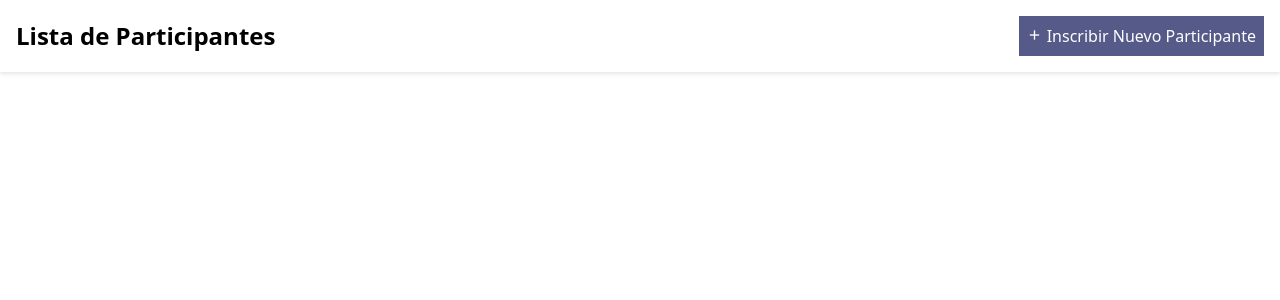
Repository: LukasMoyano/Entregable004-crudsymetodoshttp_01_backup001
Page: /
The author's editor kept a copy of each file at every save. The page is drawn from the files as they stood at one save, then again after the next save.
The browser window is 1280 px wide. The pictures show the whole page.
The page's requests for data from a server got no answer. The project was rebuilt for these pictures with package versions that can differ from the ones it lists, and the page was loaded fresh each time. No one was signed in, and anything a server would have sent is missing. Also part of the build but not shown: vite.config.js.

Above is the page before, as saved 2023-08-21 16:18:29.

After the next save:
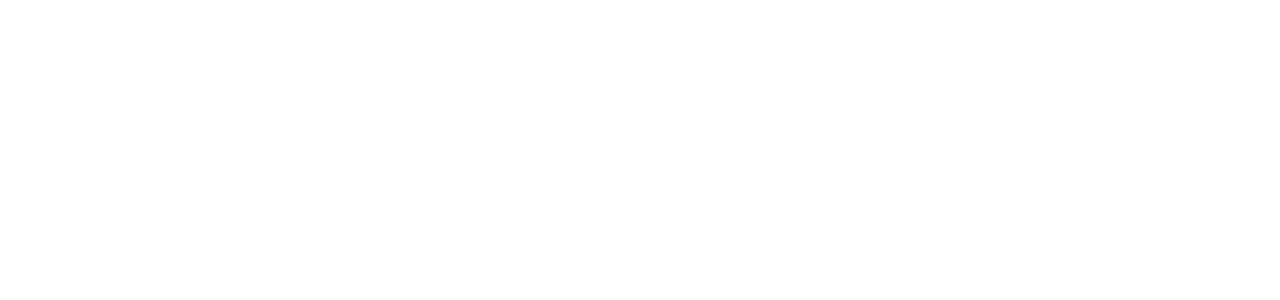
Console error: ReferenceError: PropTypes is not defined
Saved 2 min 10 s later.
--- a/src/components/User.jsx
+++ b/src/components/User.jsx
@@ -1,5 +1,5 @@
-import React from 'react';
-import PropTypes from 'prop-types';
+import { format, differenceInYears, getDayOfYear, parseISO } from 'date-fns';
+import es from 'date-fns/locale/es';
 
 const User = ({
   user,
@@ -10,7 +10,7 @@
 }) => {
   // Extraer información del usuario
   const { birthday } = user;
-  const parsedBirthday = parseISO(birthday); // Parsear la fecha en formato ISO 8601
+  const parsedBirthday = parseISO(birthday); // Importa parseISO desde date-fns
   const formattedBirthday = format(parsedBirthday, "EEEE d 'de' MMMM", {
     locale: es,
   });

After the 5 saves that followed:
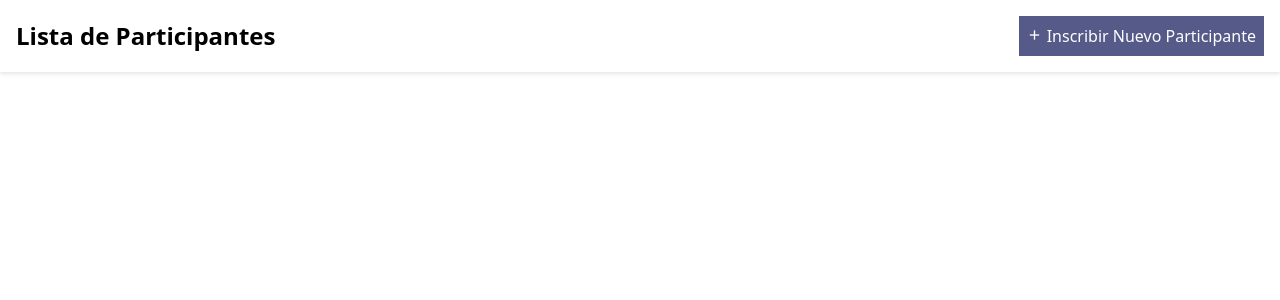
The error is gone.
The 5 saves are shown as one change because 3 did not build or start and 1 left the picture as it was.
The last was saved 9 min 13 s later.
--- a/src/components/User.jsx
+++ b/src/components/User.jsx
@@ -1,3 +1,4 @@
+import PropTypes from 'prop-types';
 import { format, differenceInYears, getDayOfYear, parseISO } from 'date-fns';
 import es from 'date-fns/locale/es';
 
@@ -5,7 +6,7 @@
   user,
   deleteUser,
   changeShowModal,
-  editUser,
+  editUser, // Esta variable está definida pero no utilizada
   setIsUserToUpdate,
 }) => {
   // Extraer información del usuario
@@ -17,10 +18,14 @@
   const age = differenceInYears(new Date(), parsedBirthday);
   const birthdayDayOfYear = getDayOfYear(parsedBirthday);
 
+  const handleEditUser = () => {
+    setIsUserToUpdate(user);
+  };
   // Función para manejar el evento de eliminar el usuario
   const handleClickDelete = () => {
     deleteUser(user.id);
   };
+
 
   // Función para manejar el evento de editar el formulario
   const handleClickUpdate = () => {
@@ -60,8 +65,6 @@
   );
 };
 
-
-
 User.propTypes = {
   user: PropTypes.object.isRequired,
   deleteUser: PropTypes.func.isRequired,
@@ -70,5 +73,4 @@
   setIsUserToUpdate: PropTypes.func.isRequired,
 };
 
-
 export default User;
